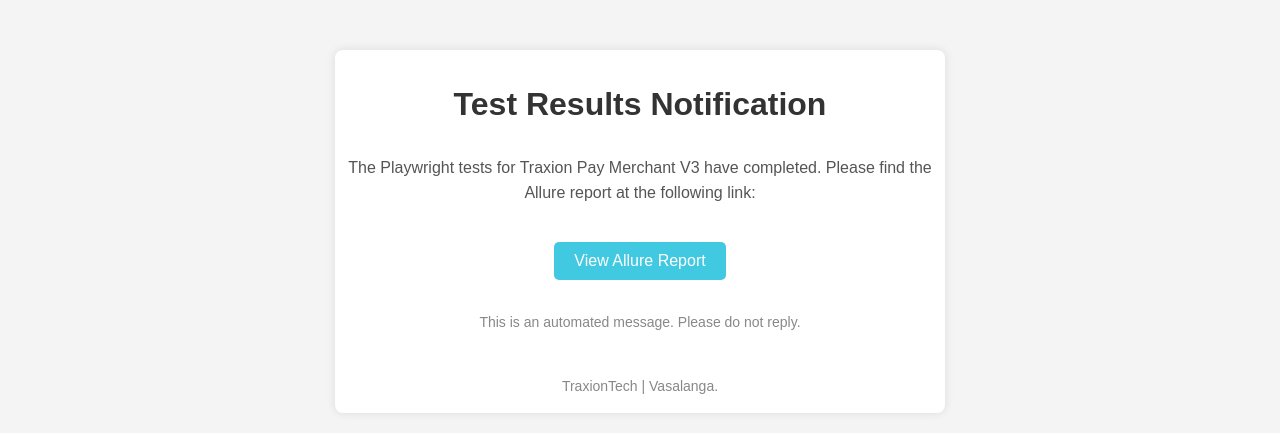
Repository: jmendozaqa24/TraxionPay-V3
Page: template.html
An editor plug-in stored every save of this project. The page is shown before and after the next save, followed by the edit.
The browser window is 1280 px wide. The pictures show the whole page.

Above is the page before, as saved 2025-01-31 10:49:24.

### template.html
<!DOCTYPE html>
            <html lang="en">
            <head>
                <meta charset="UTF-8">
                <meta name="viewport" content="width=device-width, initial-scale=1.0">
                <title>Test Results Notification</title>
            </head>
            <body style="font-family: Arial, sans-serif; background-color: #f4f4f4; margin: 5px 0; padding: 25px 0;">
                <div style="max-width: 600px; margin: 20px auto; background-color: #ffffff; padding: 5px; border-radius: 8px; box-shadow: 0 0 10px rgba(0, 0, 0, 0.1);">
                    <div style="text-align: center; padding-bottom: 0">
                        <h1 style="color: #333333; margin: 5; padding: 10px; ">Test Results Notification</h1>
                    </div>
                    <div style="text-align: center; margin: 5; padding: 0;">
                        <p style="color: #555555; font-size: 16px; line-height: 1.6;">
                            The Playwright tests for Traxion Pay Merchant V3 have completed. Please find the Allure report at the following link:
                        </p>
                        <a href="https://dread-vin.github.io/TraxionPay-V3/"
                            style="display: inline-block; padding: 10px 20px; margin-top: 20px; font-size: 16px; color: #ffffff; background-color: #41C9E2; border-radius: 5px; text-decoration: none;">
                            View Allure Report
                        </a>
                    </div>
                    <div style="text-align: center; padding-top: 20px; font-size: 14px; color: #888888;">
                        <p>This is an automated message. Please do not reply.</p>
                    </div>
                    <div style="text-align: center; padding-top: 20px; font-size: 14px; color: #888888;">
                        <p>TraxionTech | Vasalanga.</p>
                    </div>
                </div>
            </body>
            </html>

After the next save:
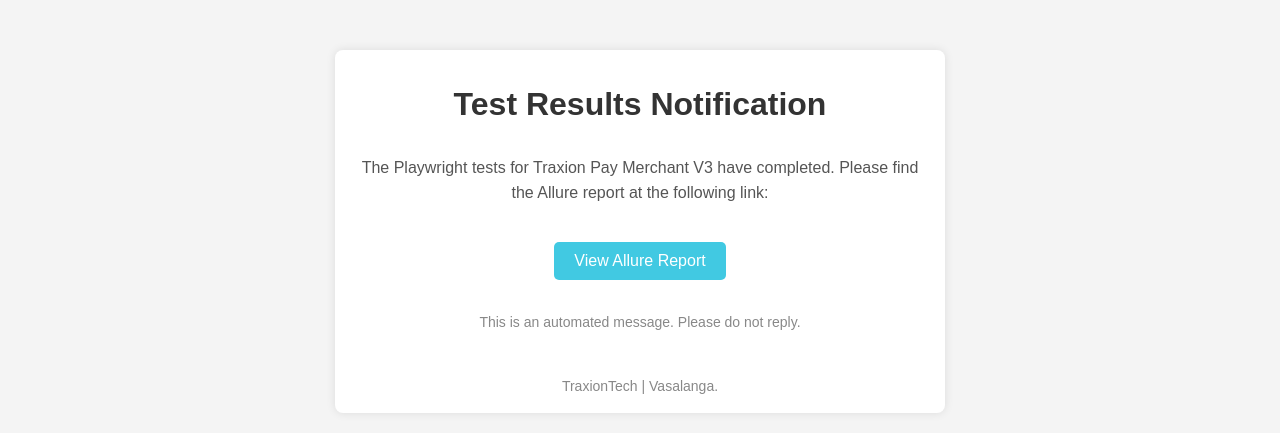
Saved 38 s later.
--- a/template.html
+++ b/template.html
@@ -10,7 +10,7 @@
                     <div style="text-align: center; padding-bottom: 0">
                         <h1 style="color: #333333; margin: 5; padding: 10px; ">Test Results Notification</h1>
                     </div>
-                    <div style="text-align: center; margin: 5; padding: 0;">
+                    <div style="text-align: center; margin: 5; padding: 0 20px;">
                         <p style="color: #555555; font-size: 16px; line-height: 1.6;">
                             The Playwright tests for Traxion Pay Merchant V3 have completed. Please find the Allure report at the following link:
                         </p>

After the save that followed:
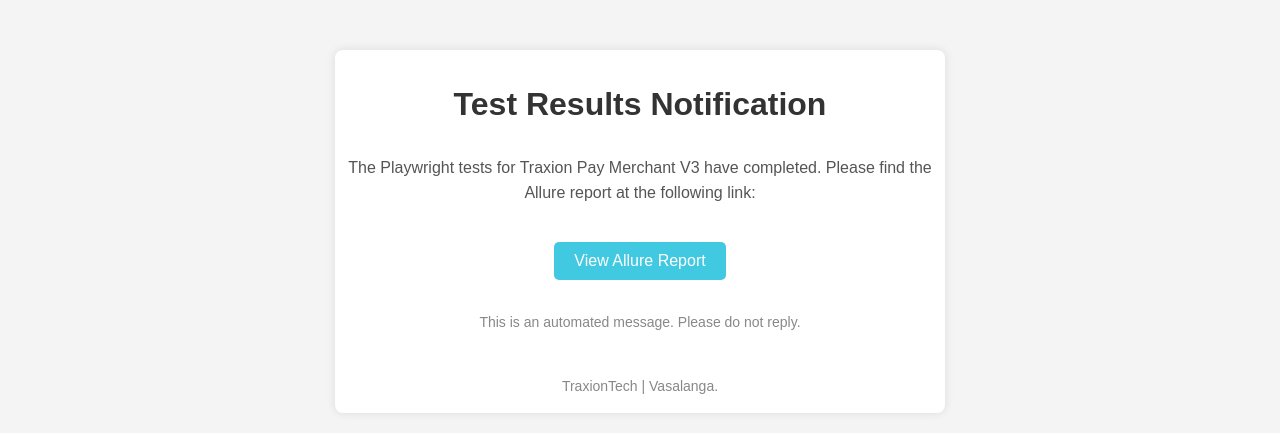
Saved 7 s later.
--- a/template.html
+++ b/template.html
@@ -10,7 +10,7 @@
                     <div style="text-align: center; padding-bottom: 0">
                         <h1 style="color: #333333; margin: 5; padding: 10px; ">Test Results Notification</h1>
                     </div>
-                    <div style="text-align: center; margin: 5; padding: 0 20px;">
+                    <div style="text-align: center; margin: 5; padding: 0 5;">
                         <p style="color: #555555; font-size: 16px; line-height: 1.6;">
                             The Playwright tests for Traxion Pay Merchant V3 have completed. Please find the Allure report at the following link:
                         </p>
